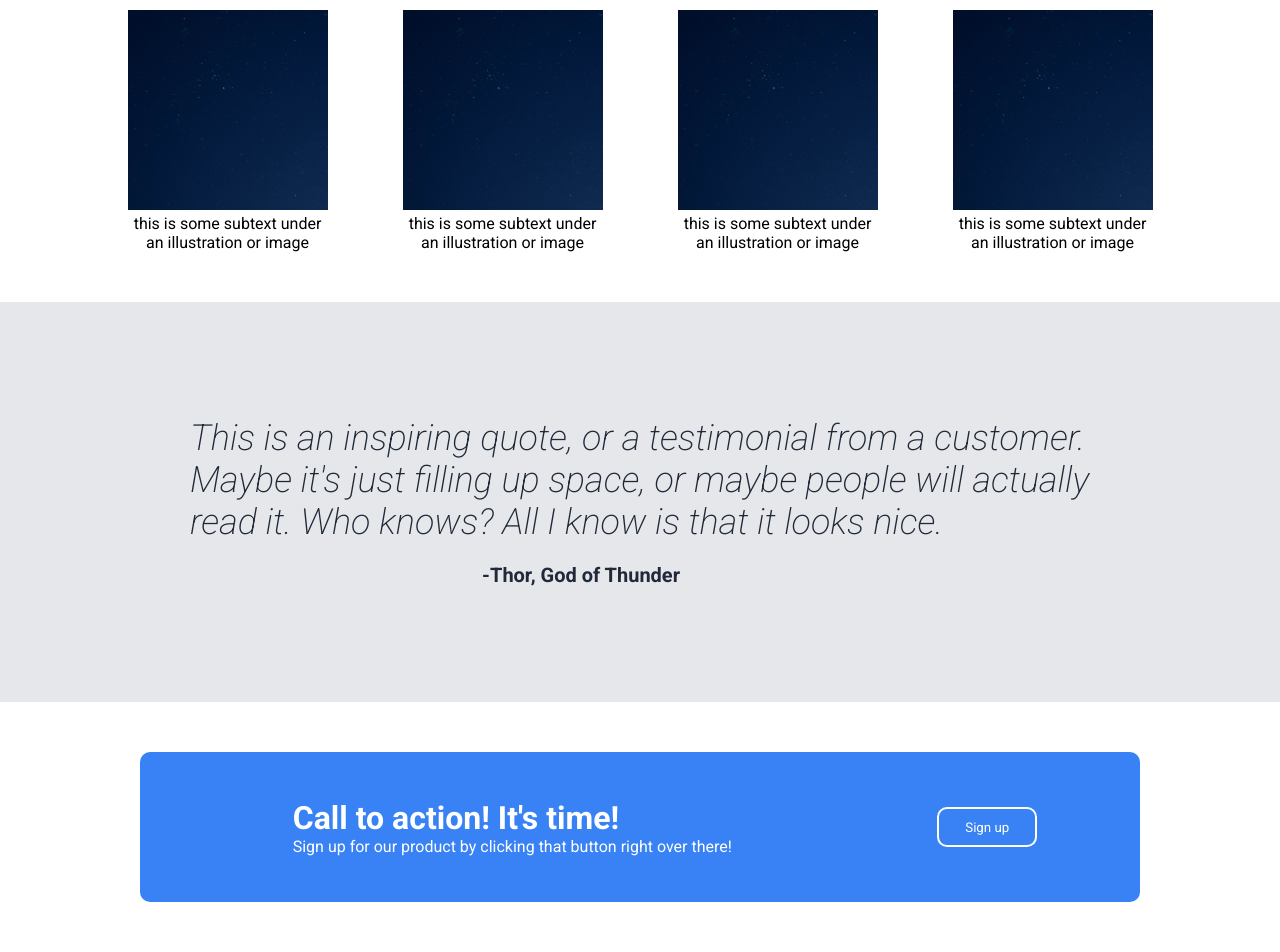
Repository: aaronestre/odin-landingpage
Page: index.html
These files come from the project's save history. The page is drawn as it stood at one moment and after the next save; the edit follows.
The browser window is 1280 px wide. The pictures show the part of the page from y = 682 to 1634 px (the page is 1634 px tall).
A picture or video elsewhere on the page could not be fetched, so the positions and the page height are approximate.

Above is the page before, as saved 2025-02-12 21:26:00.

After the next save:
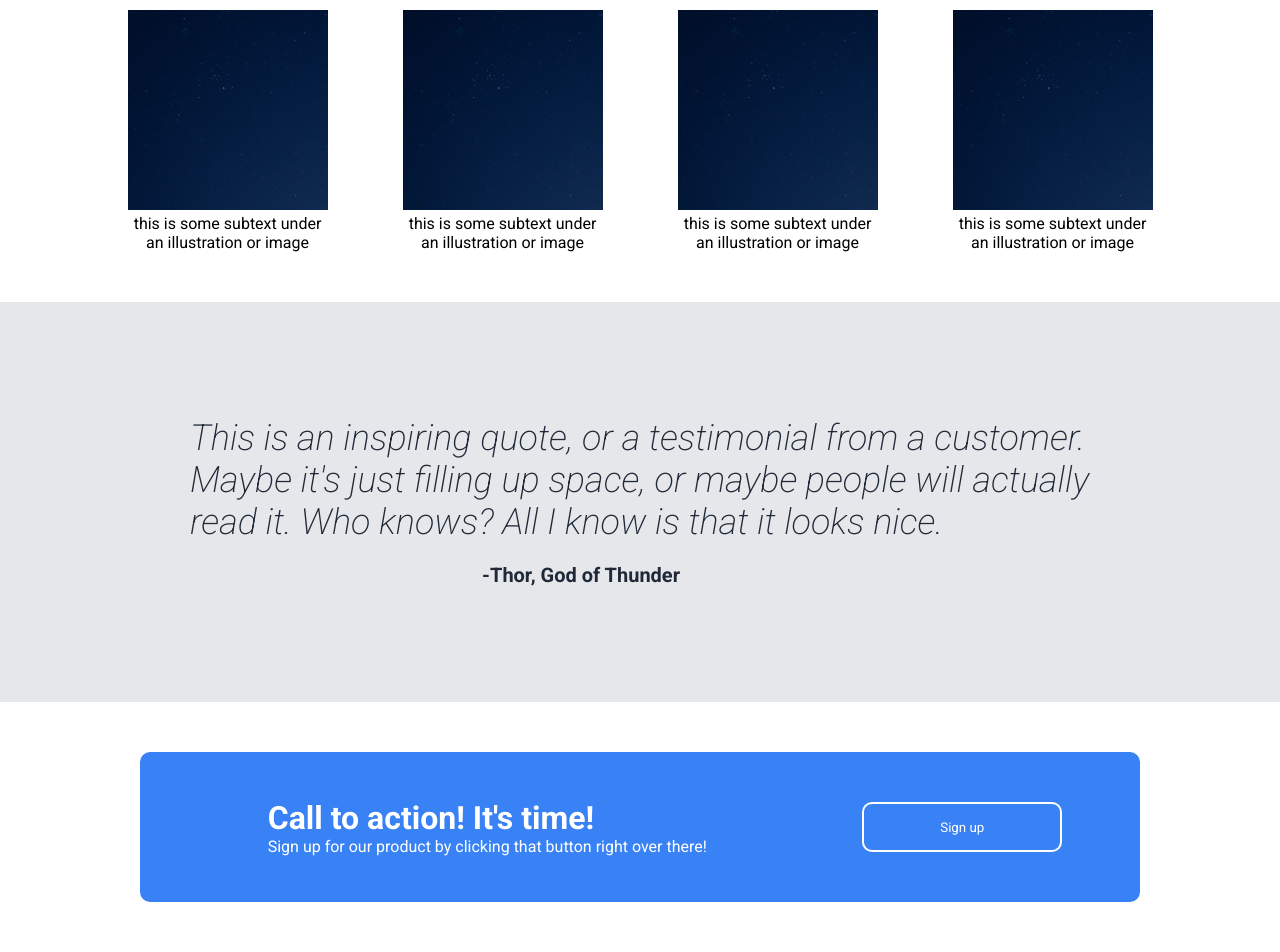
Saved 14 s later.
--- a/index.css
+++ b/index.css
@@ -152,8 +152,8 @@
 .cta button {
     background-color: #3882f6;
     color: #fff;
-    width: 100px;
-    height: 40px;
+    width: 200px;
+    height: 50px;
     border-radius: 10px;
     border: 2px solid #fff;
 }
